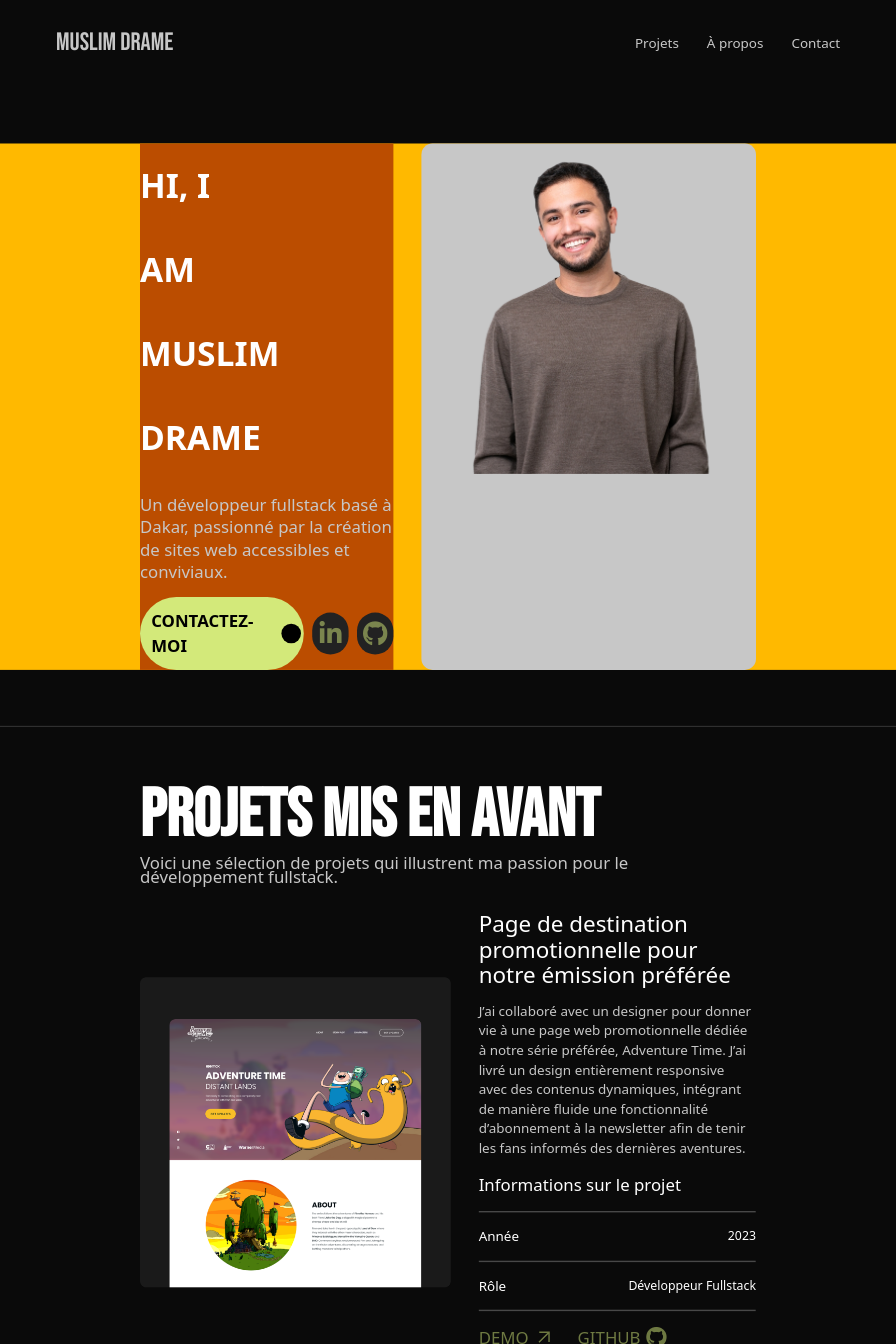
Repository: muslimdrame37-oss/Portfolio1
Page: src/index.html
An editor plug-in stored every save of this project. The page is shown before and after a run of saves, followed by the edit.
The browser window is 1280 px wide. The pictures show the part of the page from y = 0 to 1920 px (the page is 4845 px tall), at 70% of full size.
Some web fonts or font styles are not loaded; a fallback is used. Some web libraries are served in a nearby version.

Above is the page before, as saved 2026-02-11 18:48:37.

### src/index.html
<!doctype html>
<html lang="fr">
<head>
    <meta charset="UTF-8">
    <meta name="viewport" content="width=device-width, initial-scale=1.0">
    <meta name="description" content="Portfolio de Muslim Drame - Développeur Fullstack basé à Dakar">
    <title>Muslim Drame - Développeur Fullstack</title>

    <!-- Fonts -->
    <link rel="stylesheet" href="https://fonts.googleapis.com/css2?family=Bebas+Neue&display=swap">
    <link rel="stylesheet" href="https://fonts.googleapis.com/css2?family=Material+Symbols+Outlined:opsz,wght,FILL,GRAD@20..48,100..700,0..1,-50..200&icon_names=arrow_outward">

    <!-- Styles -->
    <link href="./output.css" rel="stylesheet">

    <!-- Icons -->
    <script src="https://kit.fontawesome.com/31ee52f68e.js" crossorigin="anonymous"></script>
</head>

<body class="bg-[#0A0A0A]">
    <!-- ========== HEADER ========== -->
    <header class="flex items-center justify-between py-4 px-5 lg:px-20">
        <h1 class="text-[#C7C7C7] text-[2rem] lg:text-4xl font-bebas">MUSLIM DRAME</h1>

        <!-- Navigation Desktop -->
        <nav class="hidden lg:flex justify-between py-8 text-[#C7C7C7] text-[1.2rem]" aria-label="Navigation principale">
            <ul class="flex gap-10">
                <li><a href="index.html" class="hover:text-[#D3E97A] transition-colors">Projets</a></li>
                <li><a href="a_propos.html" class="hover:text-[#D3E97A] transition-colors">À propos</a></li>
                <li><a href="#contact" class="hover:text-[#D3E97A] transition-colors">Contact</a></li>
            </ul>
        </nav>

        <!-- Menu Mobile -->
        <button class="lg:hidden" aria-label="Menu mobile">
            <svg xmlns="http://www.w3.org/2000/svg" height="40px" viewBox="0 -960 960 960" width="40px" fill="#484848">
                <path d="M120-680v-80h720v80H120Zm0 480v-80h720v80H120Zm0-240v-80h720v80H120Z"/>
            </svg>
        </button>
    </header>

    <!-- ========== MAIN CONTENT ========== -->
    <main>

        <!-- ========== SECTION HERO ========== -->
        <section class="px-5 mt-20 flex flex-col justify-between gap-10 lg:flex-row lg:px-50 bg-amber-400" aria-label="Section d'accueil">
            <!-- Contenu texte -->
            <div class="flex flex-col gap-5 justify-center lg:w-1/2 bg-amber-700">
                <h2 class="text-white text-[3rem] lg:text-[5rem] lg:font-bold lg:leading-30 leading-15 lg:w-1/2">HI, I AM MUSLIM DRAME</h2>
                <p class="text-1xl text-[#C7C7C7] lg:text-2xl">
                    Un développeur fullstack basé à Dakar, passionné par la création de sites web accessibles et conviviaux.
                </p>

                <!-- Boutons d'action -->
                <div class="flex gap-3 items-center">
                    <!-- Bouton Contact -->
                    <a href="#contact" class="bg-[#D3E97A] flex justify-between items-center pl-2 text-black font-bold text-[1rem] rounded-[100px] gap-1 lg:gap-3 py-2 lg:py-4 lg:text-[1.5rem] lg:pl-4 hover:bg-[#c5db6f] transition-colors">
                        CONTACTEZ-MOI
                        <span class="w-11 h-10 flex items-center justify-center">
                            <span class="bg-black w-4 h-4 rounded-full lg:w-7 lg:h-7"></span>
                        </span>
                    </a>

                    <!-- Réseaux sociaux -->
                    <a href="#" class="w-10 h-10 rounded-full bg-[#222222] flex justify-center items-center lg:w-15 lg:h-15 hover:bg-[#333333] transition-colors" aria-label="LinkedIn">
                        <i class="fa-brands fa-linkedin-in text-[#D3E97A] text-2xl lg:text-4xl animate-pulse"></i>
                    </a>
                    <a href="#" class="w-10 h-10 rounded-full bg-[#222222] flex justify-center items-center lg:w-15 lg:h-15 hover:bg-[#333333] transition-colors" aria-label="GitHub">
                        <i class="fa-brands fa-github text-2xl lg:text-4xl text-[#D3E97A] animate-pulse"></i>
                    </a>
                </div>
            </div>

            <!-- Image hero -->
            <div class="bg-[#C7C7C7] rounded-2xl overflow-hidden">
                <img src="image/image1.png" alt="Portrait de Muslim Drame" width="880" class="w-full h-auto">
            </div>
        </section>

        <!-- Séparateur -->
        <hr class="border-[#484848] border-t mt-20">

        <!-- ========== SECTION PROJETS ========== -->

        <section class="flex flex-col px-8 mt-20 lg:px-50">
            <div class="flex flex-col gap-2">
                <h2 class="text-4xl text-white font-extrabold font-bebas lg:text-8xl">PROJETS MIS EN AVANT</h2>
                <p class="text-2xl text-[#C7C7C7] leading-5">Voici une sélection de projets qui illustrent ma passion pour le développement fullstack.</p>
            </div>
            <div class="flex flex-col lg:flex-row gap-10 mt-10 lg:w-[1,224px] justify-center items-center">
                <div>
                    <img src="image/image2.png" alt="" class="w-4xl">
                </div>
                <!-- INFORMATION -->
                <!-- TITRE ET DESCCRIPTION -->
                <div class=" lg:w-200 flex flex-col gap-5 ">
                    <div class="flex flex-col gap-5">
                        <h2 class="text-white text-[2rem] leading-9">Page de destination promotionnelle pour notre émission préférée</h2>
                        <p class="text-[#C7C7C7] leading-7 text-[1.2rem]">J’ai collaboré avec un designer pour donner vie à une page web promotionnelle dédiée à notre série préférée, Adventure Time. J’ai livré un design entièrement responsive avec des contenus dynamiques, intégrant de manière fluide une fonctionnalité d’abonnement à la newsletter afin de tenir les fans informés des dernières aventures.</p>
                    </div>
                    <!-- INFORMATION SUR LE PROJET -->
                    <div class=" flex flex-col gap-5">
                        <h3 class="text-white text-[1.5rem]">Informations sur le projet</h3>
                        <div class="flex flex-col gap-5">
                            <div class="w-full border-[#484848] border"></div>

                            <div class="flex justify-between">
                                <p class="text-white text-[1.2rem]">Année</p>
                                <p class="text-white text-[1.1rem]">2023</p>
                            </div>

                            <div class="w-full border-[#484848] border"></div>

                            <div class="flex justify-between">
                                <p class="text-white text-[1.2rem]">Rôle</p>
                                <p class="text-white text-[1.1rem]">Développeur Fullstack</p>
                            </div>

                            <div class="w-full border-[#484848] border"></div>

                        </div>
                    </div>

                    <!-- LIEN DEMO & GITHUB -->

                    <div class="flex gap-8">
                        <a href="#">
                            <div class="animate-pulse">
                            <div class="flex items-center gap-2 ">
                                <p class="text-[#D3E97A] text-[1.5rem]">DEMO</p>
                                <svg xmlns="http://www.w3.org/2000/svg" height="30px" viewBox="0 -960 960 960" width="30px" fill="#D3E97A"><path d="M246.67-244 200-290.67l402.67-402.66H236V-760h480v480h-66.67v-366.67L246.67-244Z"/></svg>
                            </div>
                            <div class="w-full border-[#D3E97A] border-2"></div>
                        </div>
                        </a>
                        <a href="#">
                            <div class="animate-pulse">
                            <div class="flex items-center gap-2">
                                <p class="text-[#D3E97A] text-[1.5rem]">GITHUB</p>
                                <i class="fa-brands fa-github text-3xl text-[#D3E97A]"></i>
                            </div>
                            <div class="w-full border-[#D3E97A] border-2"></div>
                        </div>
                        </a>

                    </div>
                </div>
            </div>
        </section>

        <!-- PROJET 2 -->

        <section class="flex flex-col px-8 mt-20 gap-8 lg:gap-10 lg:flex-row lg:px-50 items-center">
            <div>
                <img src="image/image3.png" alt="" class="w-4xl">
            </div>
            <div class="lg:w-200 flex flex-col gap-5">
                <div class="flex flex-col gap-5">
                    <h2 class="text-white text-[1.5rem]">Blog pour l’actualité mondiale</h2>
                    <p class="text-[#C7C7C7] text-[1.2rem] leading-7">J'ai maîtrisé les complexités de CSS Grid pour créer une page d'accueil innovante pour un site d'actualités, en prenant des décisions de design complexes afin d'assurer une expérience utilisateur fluide. Ce projet m'a permis de renforcer mes compétences en développement fullstack.</p>
                </div>
                <div class="flex flex-col gap-8">
                    <div class="text-[1.5rem] text-white ">Informations sur le projet</div>
                    <div class="flex flex-col gap-4">
                        <div class="w-full border-[#484848] border "></div>
                        <div class="flex justify-between">
                            <p class="text-white text-[1.2rem]">Client</p>
                            <p class="text-[#C7C7C7] text-[1.1rem]">World News</p>
                        </div>
                        <div class="w-full border-[#484848] border "></div>
                        <div class="flex justify-between">
                            <p class="text-white text-[1.2rem]">Année</p>
                            <p class="text-[#C7C7C7] text-[1.1rem]">2022</p>
                        </div>
                        <div class="w-full border-[#484848] border "></div>
                        <div class="flex justify-between">
                            <p class="text-white text-[1.5rem]">Rôle</p>
                            <p class="text-[#C7C7C7] text-[1.5rem]">Développeur Fullstack</p>
                        </div>
                        <div class="w-full border-[#484848] border "></div>
                    </div>
                </div>
                <a href="#">
                    <div class="flex flex-col animate-pulse">
                    <div class="flex items-center gap-2">
                        <p class="text-[#D3E97A] text-[1.5rem]">DEMO</p>
                        <svg xmlns="http://www.w3.org/2000/svg" height="30px" viewBox="0 -960 960 960" width="30px" fill="#D3E97A"><path d="M246.67-244 200-290.67l402.67-402.66H236V-760h480v480h-66.67v-366.67L246.67-244Z"/></svg>
                    </div>
                    <div class="w-25 border-[#D3E97A] border-2"></div>
                </div>
                </a>
            </div>
        </section>

        <!-- PROJET 3 -->

        <section class="mt-20 flex flex-col px-8 gap-8 lg:gap-10 lg:flex-row lg:px-50 items-center">
            <img src="image/image3.png" alt="" class="w-full lg:w-1/2">
            <div class="w-full lg:w-1/2 flex flex-col gap-5">
                <div class="flex flex-col gap-5">
                    <h2 class="text-white text-[2rem]">Page produit pour site e-commerce</h2>
                    <p class="text-[#C7C7C7] text-[1.2rem] leading-8 ">J’ai conçu avec succès une page produit attrayante, intégrant une galerie dynamique en lightbox et un panier fonctionnel fluide, démontrant ma maîtrise du développement en JavaScript.</p>
                </div>
                <div class="flex flex-col gap-5">
                    <div class="text-[1.5rem] text-white lg:mt-5 ">Informations sur le projet</div>
                    <div class="flex flex-col gap-5">
                        <div class="w-full border-[#484848] border "></div>
                        <div class="flex justify-between">
                            <p class="text-white text-[1.2rem]">Année</p>
                            <p class="text-[#C7C7C7] text-[1.1rem]">2022</p>
                        </div>
                        <div class="w-full border-[#484848] border "></div>
                        <div class="flex justify-between">
                            <p class="text-white text-[1.2rem]">Rôle</p>
                            <p class="text-[#C7C7C7] text-[1.1rem]">Développeur Fullstack</p>
                        </div>
                        <div class="w-full border-[#484848] border "></div>
                    </div>
                </div>
                <!-- LIEN DÉMO & GITHUB -->
                <div class="flex gap-8 items-center">
                    <a href="#">
                        <div class="animate-pulse">
                        <div class="flex items-center gap-2">
                            <p class="text-[#D3E97A] text-[1.5rem]">DEMO</p>
                            <svg xmlns="http://www.w3.org/2000/svg" height="30px" viewBox="0 -960 960 960" width="30px" fill="#D3E97A"><path d="M246.67-244 200-290.67l402.67-402.66H236V-760h480v480h-66.67v-366.67L246.67-244Z"/></svg>
                    </div>
                    <div class="w-full border-[#D3E97A] border-2"></div>
                    </div>
                    </a>
                    <a href="#">
                        <div class="animate-pulse">
                        <div class="flex items-center gap-2">
                            <p class="text-[#D3E97A] text-[1.5rem]">GITHUB</p>
                            <i class="fa-brands fa-github text-3xl text-[#D3E97A]"></i>
                        </div>
                        <div class="w-full border-[#D3E97A] border-2"></div>
                    </div>
                    </a>
                </div>
            </div>
        </section>

        <!-- À PROPOS DE MOI -->
        <div class="w-full border-[#484848] border my-10"></div>

        <section class=" flex flex-col px-8 gap-5 lg:flex-row lg:gap-10 lg:px-50 justify-between">
            <div class="text-6xl text-white  lg:w-200 lg:text-[140px] font-bebas">À PROPOS DE MOI</div>
            <div class="lg:w-200">
                <div class="flex flex-col gap-10 ">
                    <p class="text-white text-[1.5rem] ">Je suis développeur Fullstack passionné basé à DAKAR, avec une formation en génie Informatique.</p>
                    <div class="text-[#484848] text-[1.2rem]">Je suis développeur fullstack basé à Dakar, à la recherche d’opportunités stimulantes. Avec une formation en génie informatique, je mets un point d’honneur à privilégier l’accessibilité lors du développement. Passionné et curieux, j’aime résoudre des problèmes complexes.
                    Actuellement, j’explore React.js, Laravel et m’initie également au design. En dehors du codage, j’apprécie jouer au football, la photographie et jouer à la carte. Je continue d’apprendre pour améliorer constamment mes compétences.</div>
                    <a href="a_propos.html" class="text-[#D3E97A] text-[1.5rem] underline underline-offset-8 hover:text-[#c5db6f] transition-colors">EN SAVOIR PLUS SUR MOI</a>
                </div>
            </div>
        </section>

        <hr class="border-[#484848] border-t my-10">

        <!-- ========== SECTION CONTACT ========== -->

        <section id="contact" class="flex flex-col px-8 mb-10 lg:px-50 lg:gap-10 lg:flex-row" aria-label="Formulaire de contact">
            <!-- Informations de contact -->
            <div class="flex flex-col gap-10 lg:w-200">
                <h2 class="lg:text-[100px] text-white font-bold text-4xl font-bebas">ENTRONS EN CONTACT</h2>
                <div class="flex flex-col gap-2">
                    <p class="text-[#C7C7C7] text-[1rem]">
                        Dites moi hello <a href="mailto:muslimdrame37@gmail.com" class="text-white hover:text-[#D3E97A] transition-colors">muslimdrame37@gmail.com</a>
                    </p>
                    <p class="text-white text-[1rem]">Pour en savoir plus sur moi, jetez un coup d'œil à mon <a href="#" class="text-[#D3E97A] underline underline-offset-5 hover:text-[#c5db6f] transition-colors">CV</a></p>
                </div>
                <!-- Réseaux sociaux -->
                <nav class="flex gap-5" aria-label="Réseaux sociaux">
                    <a href="#" aria-label="LinkedIn" class="hover:scale-110 transition-transform">
                        <i class="fa-brands fa-linkedin-in text-[#D3E97A] text-4xl animate-pulse"></i>
                    </a>
                    <a href="#" aria-label="GitHub" class="hover:scale-110 transition-transform">
                        <i class="fa-brands fa-github text-[#D3E97A] text-4xl animate-pulse"></i>
                    </a>
                    <a href="#" aria-label="Twitter" class="hover:scale-110 transition-transform">
                        <i class="fa-brands fa-x-twitter text-[#D3E97A] text-4xl animate-pulse"></i>
                    </a>
                    <a href="#" aria-label="Instagram" class="hover:scale-110 transition-transform">
                        <i class="fa-brands fa-instagram text-[#D3E97A] text-4xl animate-pulse"></i>
                    </a>
                </nav>
            </div>


            <form action="" method="POST" class="flex flex-col gap-5 mt-10 lg:mt-0 w-full lg:w-200">
                <div class="flex flex-col gap-3">
                    <label for="name" class="text-[#C7C7C7] text-[1.5rem]">Nom complet</label>
                    <input class="text-[#C7C7C7] bg-[#1A1A1A] px-6 py-2 rounded-lg text-[1.5rem] focus:outline-none focus:ring-2 focus:ring-[#D3E97A] transition-all" type="text" name="name" placeholder="Muslim" id="name" required>
                </div>
                <div class="flex flex-col gap-3">
                    <label for="email" class="text-[#C7C7C7] text-[1.5rem]">Email</label>
                    <input class="text-[#C7C7C7] bg-[#1A1A1A] px-6 py-2 rounded-lg text-[1.5rem] focus:outline-none focus:ring-2 focus:ring-[#D3E97A] transition-all" type="email" name="email" placeholder="votre@email.com" id="email" required>
                </div>
                <div class="flex flex-col gap-3">
                    <label for="sujet" class="text-[#C7C7C7] text-[1.5rem]">Sujet</label>
                    <input class="text-[#C7C7C7] bg-[#1A1A1A] px-6 py-2 rounded-lg text-[1.5rem] focus:outline-none focus:ring-2 focus:ring-[#D3E97A] transition-all" type="text" name="sujet" placeholder="Sujet de votre message" id="sujet" required>
                </div>
                <div class="flex flex-col gap-3">
                    <label for="message" class="text-[#C7C7C7] text-[1.5rem]">Message</label>
                    <textarea name="message" id="message" rows="6" placeholder="Votre message..." class="text-[#C7C7C7] bg-[#1A1A1A] px-6 py-2 rounded-lg text-[1.5rem] resize-none focus:outline-none focus:ring-2 focus:ring-[#D3E97A] transition-all" required></textarea>
                </div>
                <button type="submit" class="text-black bg-[#D3E97A] py-2 lg:py-4 text-[1rem] font-bold rounded-[100px] w-35 hover:bg-[#c5db6f] transition-colors cursor-pointer">Envoyer</button>
            </form>
        </section>
    </main>

    <!-- ========== FOOTER ========== -->
    <footer class="w-full pb-6">
        <div class="mx-auto flex flex-col lg:flex-row gap-2 lg:gap-8 items-center justify-between border border-white/10 bg-[#1A1A1A] px-6 py-4 text-sm text-[#C7C7C7] backdrop-blur-md">
            <!-- Copyright -->
            <p>© 2026 Muslim Drame. Tous droits réservés.</p>

            <!-- Réseaux sociaux -->
            <nav class="flex items-center gap-2 text-2xl" aria-label="Réseaux sociaux footer">
                <a href="#" class="hover:text-white transition-colors" aria-label="Facebook">
                    <i class="fa-brands fa-facebook"></i>
                </a>
                <a href="#" class="hover:text-white transition-colors" aria-label="Instagram">
                    <i class="fa-brands fa-instagram"></i>
                </a>
                <a href="#" class="hover:text-white transition-colors" aria-label="Twitter">
                    <i class="fa-brands fa-x-twitter"></i>
                </a>
                <a href="#" class="hover:text-white transition-colors" aria-label="GitHub">
                    <i class="fa-brands fa-github"></i>
                </a>
                <a href="#" class="hover:text-white transition-colors" aria-label="YouTube">
                    <i class="fa-brands fa-youtube"></i>
                </a>
            </nav>
        </div>
    </footer>

</body>
</html>

Loaded but not shown: src/output.css (2245 lines, source omitted)

After the next 2 saves:
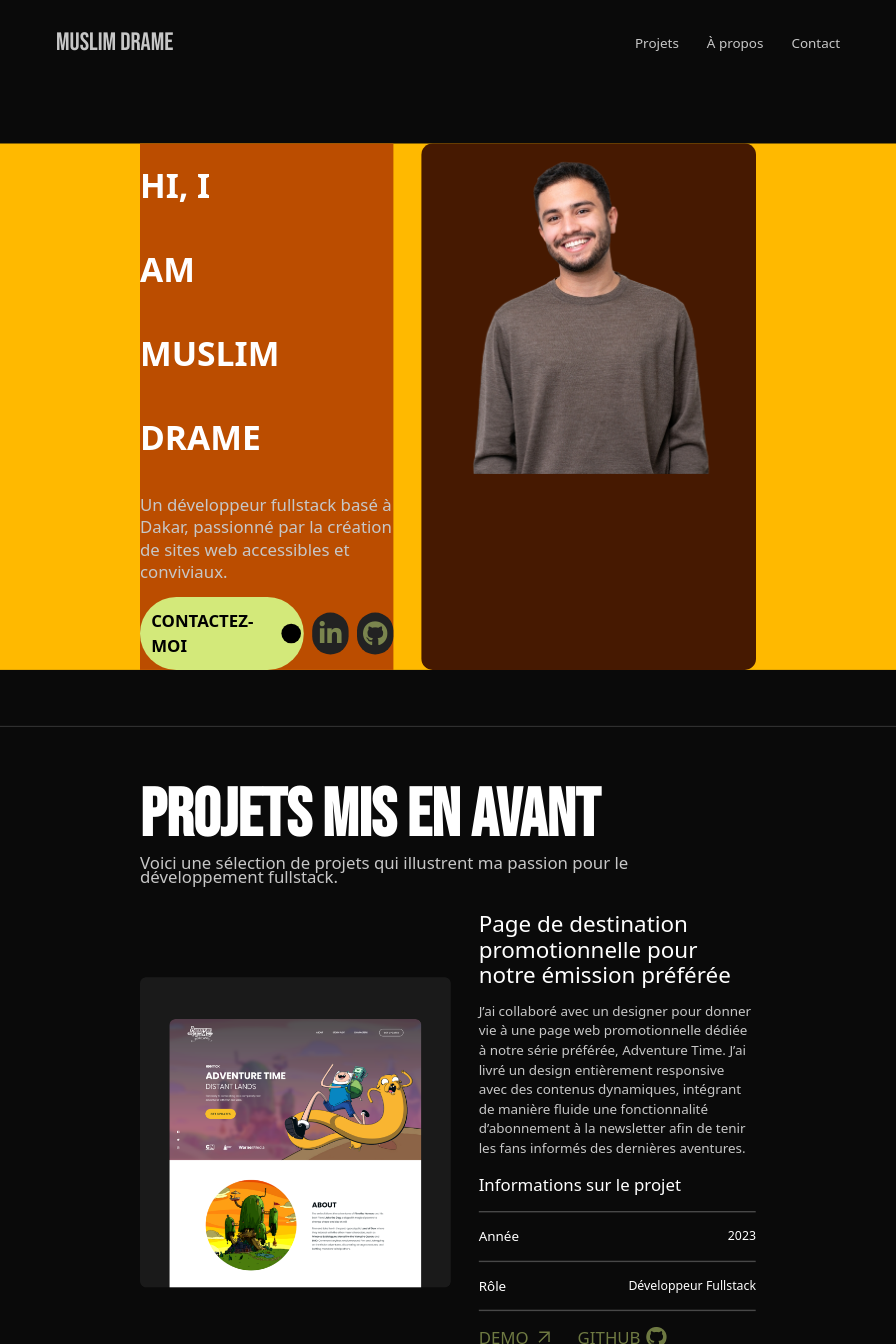
The 2 saves are shown as one change because they came seconds apart.
The last was saved 11 s later.
--- a/src/index.html
+++ b/src/index.html
@@ -72,7 +72,7 @@
             </div>
 
             <!-- Image hero -->
-            <div class="bg-[#C7C7C7] rounded-2xl overflow-hidden">
+            <div class="bg-[#C7C7C7] rounded-2xl overflow-hidden bg-amber-950">
                 <img src="image/image1.png" alt="Portrait de Muslim Drame" width="880" class="w-full h-auto">
             </div>
         </section>
